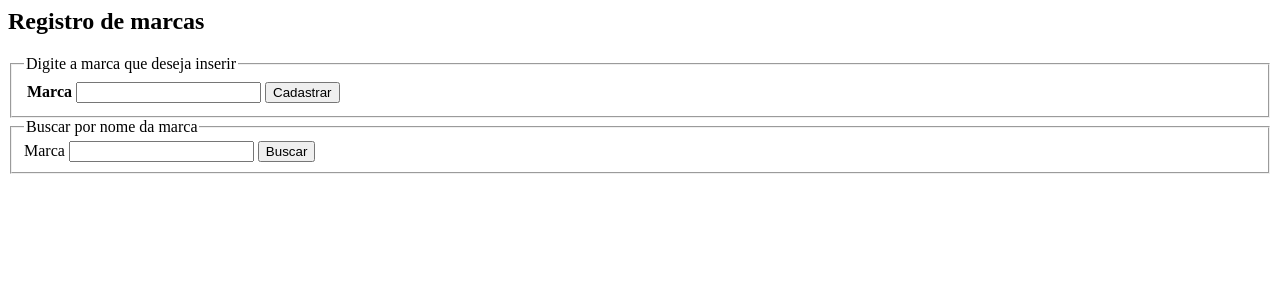
Repository: alysonrode/ProjetoTrilhaWeb
Page: ProjetoTrilhaWeb/WebContent/pages/admin/brands/index.html
An editor plug-in stored every save of this project. The page is shown before and after the next save, followed by the edit.
The browser window is 1280 px wide. The pictures show the whole page.

Above is the page before, as saved 2019-11-04 23:45:34.
Console error: ReferenceError: COLDIGO is not defined

After the next save:
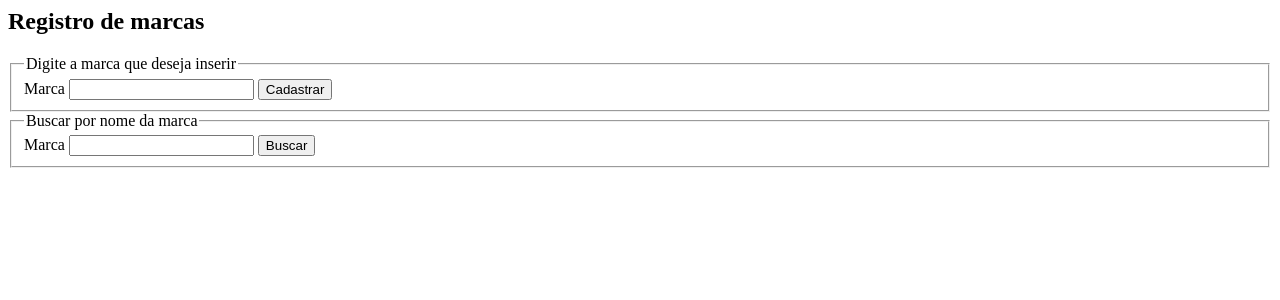
Saved 36 s later.
--- a/ProjetoTrilhaWeb/WebContent/pages/admin/brands/index.html
+++ b/ProjetoTrilhaWeb/WebContent/pages/admin/brands/index.html
@@ -4,14 +4,12 @@
 <form name="frmInserirMarcas" id="inserirMarcas" class="frmInserir">
 	<fieldset>
 		<legend>Digite a marca que deseja inserir</legend>
-		<table>
 			<tr>
 				<th>Marca</th>
 				<td><input type="text" name="marca">
 					<button type="button" onclick="COLDIGO.marca.inserir()">
 						Cadastrar</button></td>
 			</tr>
-		</table>
 	</fieldset>
 	<div>
 		<fieldset>
